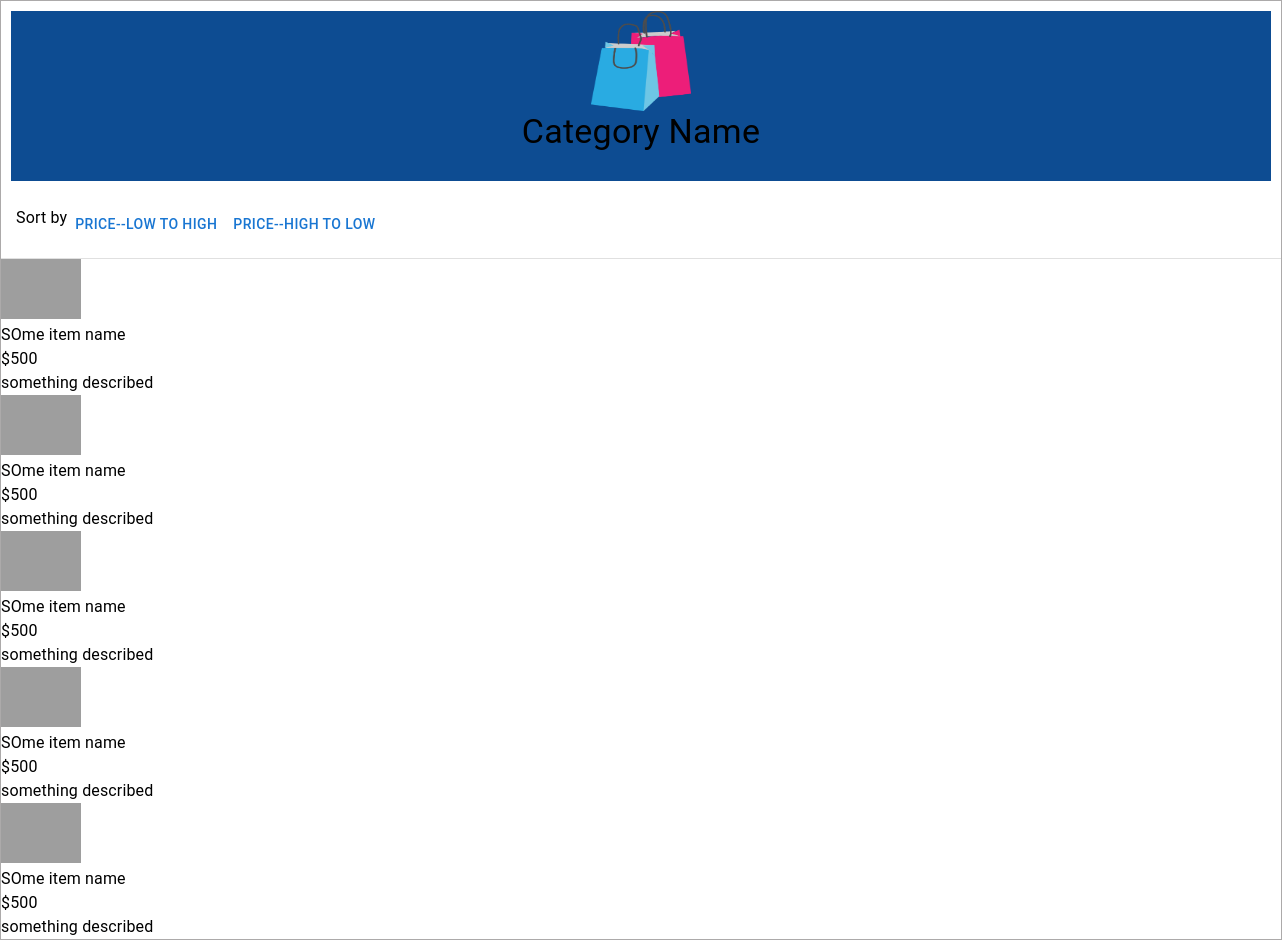
Repository: robin-fareye/reactjs-frontend-flipzone
Page: /
The author's editor kept a copy of each file at every save. The page is drawn from the files as they stood at one save, then again after the next save.
The browser window is 1280 px wide. The page is 1282 px wide, so the pictures cover 1282 px, including what lies to the right of the window. The pictures show the whole page.
Pictures or frames that could not be fetched are drawn as grey boxes. The project was rebuilt for these pictures with package versions that can differ from the ones it lists, and the page was loaded fresh each time. Also part of the build but not shown: src/App.css, src/component/auth/Login.css, src/api/Login.js, src/component/auth/Login.js, src/component/category/Category.js, src/component/header/Header.css, src/component/header/Header.js, src/component/helper/Slide.css and 7 more.

Above is the page before, as saved 2022-11-14 19:32:01.

### src/App.js
import React from 'react';
import './App.css';
import Login from './component/auth/Login';
import Category from './component/category/Category';
import Header from './component/header/Header';
import Home from './component/home/Home';
import Cart from './component/Cart/Cart';
import ProductCatalouge from './component/ProductCatalogue/ProductCatalouge';
import ProductDetails from './component/ProductDetails/ProductDetails';
import CheckoutPage from './component/Checkout/CheckoutPage';
import RetailerAddProduct from './component/retailer/RetailerAddProduct';
function App() {
  return (
    <div>

      <ProductCatalouge/>

    </div>
  );
}

export default App;

### src/component/ProductCatalogue/ProductCatalouge.js
import { Box, Typography, Grid, Button, Divider } from '@mui/material'
import React, { useState, useEffect } from 'react'
import './ProductCatalouge.css'

const ProductCatalouge = () => {

    const [sort, setSort] = useState("asc");

    const getCardItem=(item)=>{
        return (
        <Box className='card-container'>
            <img
            style={{height:"60px"}}
            className='image-item-catalouge'
            src='https://rukminim1.flixcart.com/image/416/416/kcgk1ow0/headphone/n/u/a/235v2-fast-charging-boat-original-imaftk6us4af7bca.jpeg?q=70'
            alt='image'
            />
            <Typography>{item.name}</Typography>
            <Typography>{item.price}</Typography>
            <Typography>{item.description}</Typography>
        </Box>
        )
    }
    const catagories=["cat1","cat2","cat3","cat4"]
    const items=[
        {
            name:"SOme item name",
            price:"$500",
            description:"something described"
        },
        {
            name:"SOme item name",
            price:"$500",
            description:"something described"
        },
        {
            name:"SOme item name",
            price:"$500",
            description:"something described"
        },
        {
            name:"SOme item name",
            price:"$500",
            description:"something described"
        },
        {
            name:"SOme item name",
            price:"$500",
            description:"something described"
        },
    ]

    return (
        <Box className='catagory-container'>
            <Box className='container-header'>
                <img
                    src={require('../../assets/logo.png')}
                    alt="category"
                    className="cat-image"
                    />
                <Typography variant="h4">Category Name</Typography>
            </Box>
            <Box className='container-body'>
                <Grid item lg={10}>
                    <Box className='sort'>
                        <Typography>Sort by</Typography>
                        {/* <Button onClick={() => setSort("popular")}>Popularity</Button> */}
                        <Button onClick={() => setSort("asc")}>Price--low to high</Button>
                        <Button onClick={() => setSort("desc")}>Price--high to low</Button>
                    </Box>
                    <Divider />
                    <Box className="inner-body">
                        {
                            items.sort((a, b) => sort === "asc" ? a.price - b.price : b.price - a.price)
                            .map((items) => {
                                return (
                                    getCardItem(items)
                                )
                            })
                        }
                    </Box>
                </Grid>
            </Box>
        </Box>
    )
}

export default ProductCatalouge

 {/* {
            items?.map((item)=>{
                return getCardItem(item)
            })
        } */}

### src/component/category/Category.css
.cat-component {
    /* background-color: #CFF5E7; */
    justify-content: 'space-between';
    margin: '55px 130px 0 130px';
    overflow-x: 'overlay';
    display: flex;
    flex-direction: row;
    padding:0, 50px;
    /* [theme.breakpoints.down('md')]: {
        margin: 0;
    } */
}

.cat-container {
    flex: 1;
    padding: '12px 8px';
    text-align: 'center';
    align-items: center;
    display: flex;
    flex-direction: column;
}

.cat-image {
    width: 100px;
    height: 100px;
}

.cat-text {
    font-size: 14;
    font-weight: 600;
    font-family: 'inherit';
    text-align: center;
}

### src/component/Cart/Cart.css
body{
    padding: 10px 70px;
}
.main-container{
    display: flex;
    height: 100vh;
}
.item-list{
    width: 65%;
}
.order-details{
    width: 35%;
}
.order-list-header{
    height: 60px;
    border: 1px solid rgb(172, 171, 171);

}
.item-count{
    font-weight: 800 !important;
    font-size: 22px !important;
    margin: 12px !important;
}
.card-list-container{
    margin-top: 10px;
    display: flex;
    height: 200px;
    border: 1px solid rgb(172, 171, 171);
    /* border-top: 0px; */
}
.image-and-count{
    width: 25%;
    display: flex;
    justify-content: center;
}
.description{
    padding: 10px;
    width: 75%;
}
.action-button-container{
    display: flex;
    align-items: center;
}
.counter{
    display: flex;
    height: 30px;
    width: 90px;
    border: 1px solid rgb(161, 159, 159);
    border-radius: 5px;
}
.add-box{
    width: 30px;
    display: flex;
    justify-content: center;
    align-items: center;
}
.remove-box{
    width: 30px;
    display: flex;
    justify-content: center;
    align-items: center;
}
.count-box{
    width: 30px;
    border-right:1px solid rgb(161, 159, 159);
    border-left:1px solid rgb(161, 159, 159);
    display: flex;
    justify-content: center;
    align-items: center;
}
.summery-card{
    border: 1px solid rgb(172, 171, 171);
    margin-left: 20px;

}
.summery-header{
    border-bottom: 1px solid rgb(172, 171, 171);
    height: 60px;
    display: flex;
    padding-left: 10px;
    align-items: center;
}
.summery-content{
    padding:12px;
}
.table-structure{
    margin-bottom: 20px;
    display: flex;
    justify-content: space-between;
}

### src/component/ProductCatalogue/ProductCatalouge.css
.main-catalouge-container {
    padding: 10px;
}
/*
.card-container {
    height: 12%;
    width: 10%;
    border: 1px solid black;
}

.image-item-catalouge {
    height: 200px;
    width: 50%;
} */

.catagory-container{
    border: 1px solid rgb(172, 170, 170);
    /* height: 170px; */
    width: 100%;
}
.container-header{
    background-color: #0D4C92;
    display: flex;
    height: 170px;
    flex-direction: column;
    align-items: center;
}
.cat-image{
    height: 100px;
}
.cat-name{
    font-size: 20px;
    color: gray;
}
.sort{
    display: flex;
    padding: 15px;
}

### src/component/Checkout/CheckoutPage.css
body {
    padding: 0px;
    margin: 0px;
}

.checkout-container {
    display: flex;

}

.address-container {
    width: 50%;
    height: 60px;
    padding: 20px;
}

.payment-details {
    padding: 20px;
    width: 50%;
}

.address-table {
    border: 1px solid rgba(139, 138, 138, 0.664);
    padding: 20px;
    display: flex;
    flex-direction: column;
}

.checkout-fields {
    margin: 10px !important;
}

.payment-table {
    border: 1px solid rgba(139, 138, 138, 0.664);
    padding: 20px;
    display: flex;
    flex-direction: column;
    justify-content: center;
}

.order-button {

    width: 30%;
    margin-top: 20px !important;
    margin-left: 11px !important;
}

### src/component/retailer/RetailerAddProduct.css
.main-container{
    display: flex;
    flex-direction: column;
    align-items: center;
    justify-content: center;
}
.container-header{
    margin-bottom: 20px !important;
    margin: 10px !important;
}
.text-field{
    margin: 10px !important;
}
.add-button{
    margin-top: 10px !important;
    background-color: #0D4C92;
    color: aliceblue;
    font-weight: 600;
    margin: 10px !important;
}

Loaded but not shown: public/index.html (common file); src/index.js (common file); src/index.css (common file); src/reportWebVitals.js (common file)

After the next save:
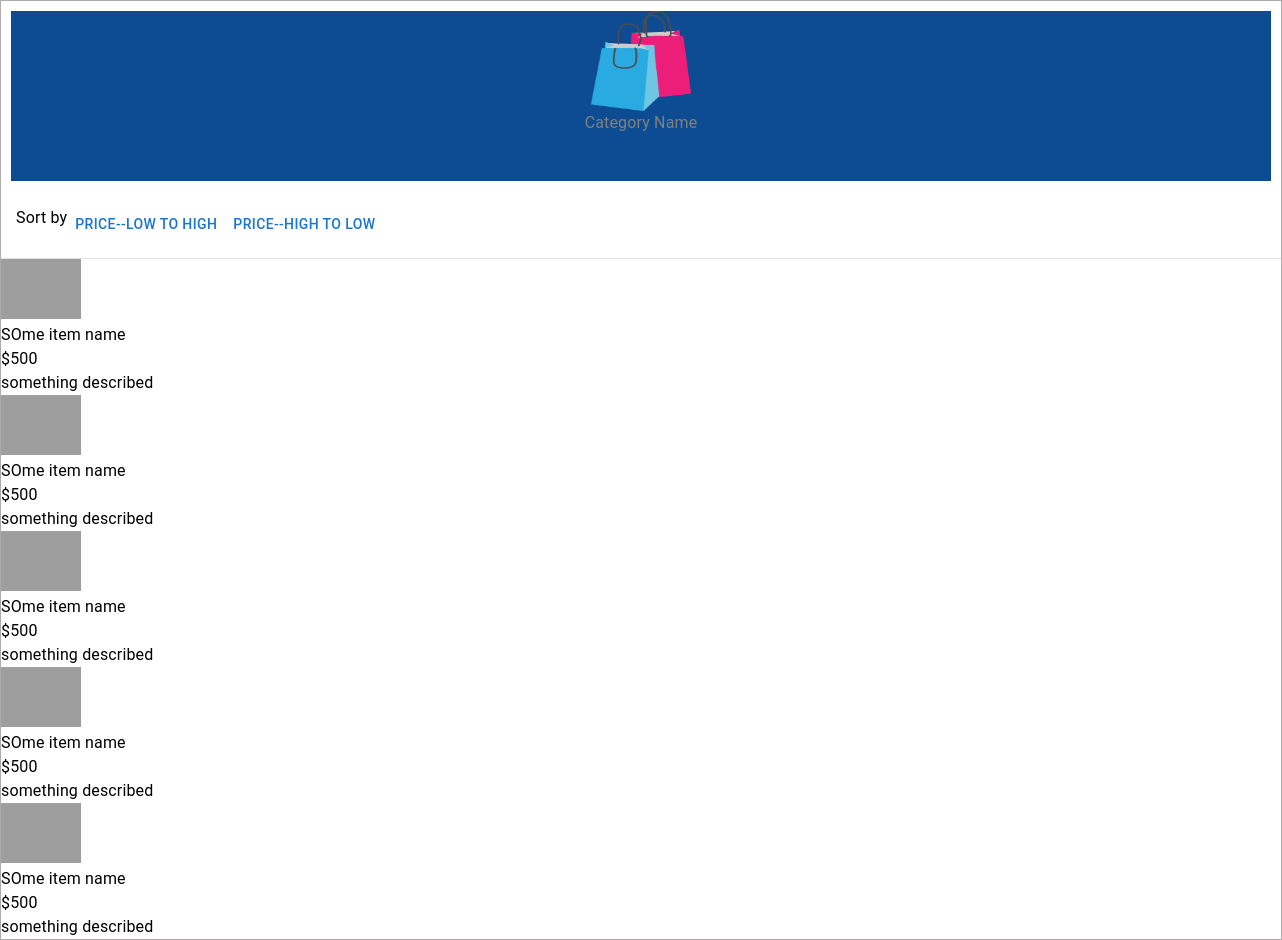
Saved 30 s later.
--- a/src/component/ProductCatalogue/ProductCatalouge.js
+++ b/src/component/ProductCatalogue/ProductCatalouge.js
@@ -58,7 +58,7 @@ const ProductCatalouge = () => {
                     alt="category"
                     className="cat-image"
                     />
-                <Typography variant="h4">Category Name</Typography>
+                <Typography className="cat-name">Category Name</Typography>
             </Box>
             <Box className='container-body'>
                 <Grid item lg={10}>
